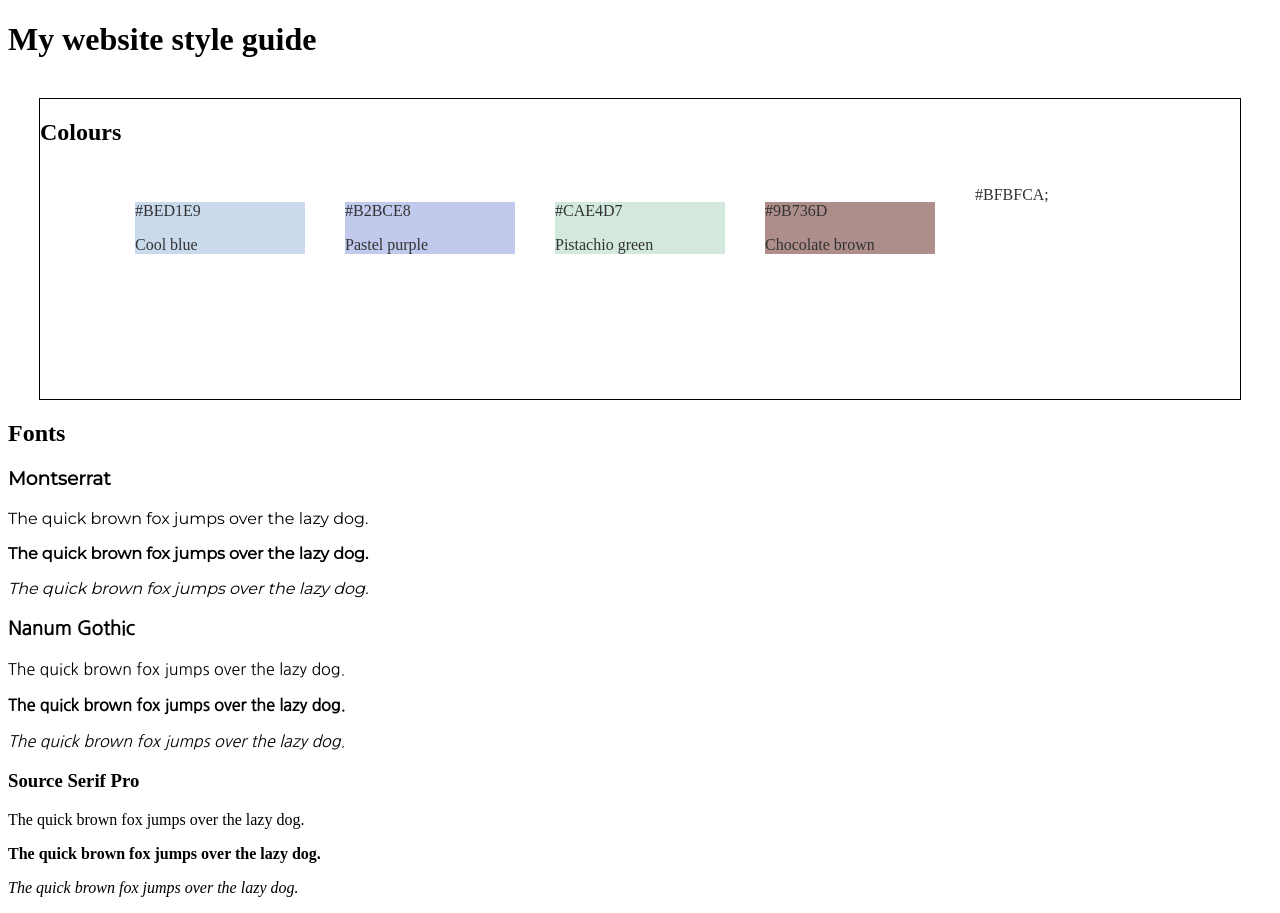
Repository: nazaninrizvi/codecademy
Page: Javascript/website-design-system/index.html
These files come from the project's save history. The page is drawn as it stood at one moment and after a run of saves; the edit follows.
The browser window is 1280 px wide. The pictures show the whole page.
Some web fonts or font styles are not loaded; a fallback is used.

Above is the page before, as saved 2021-11-26 17:16:56.

After the next 3 saves:
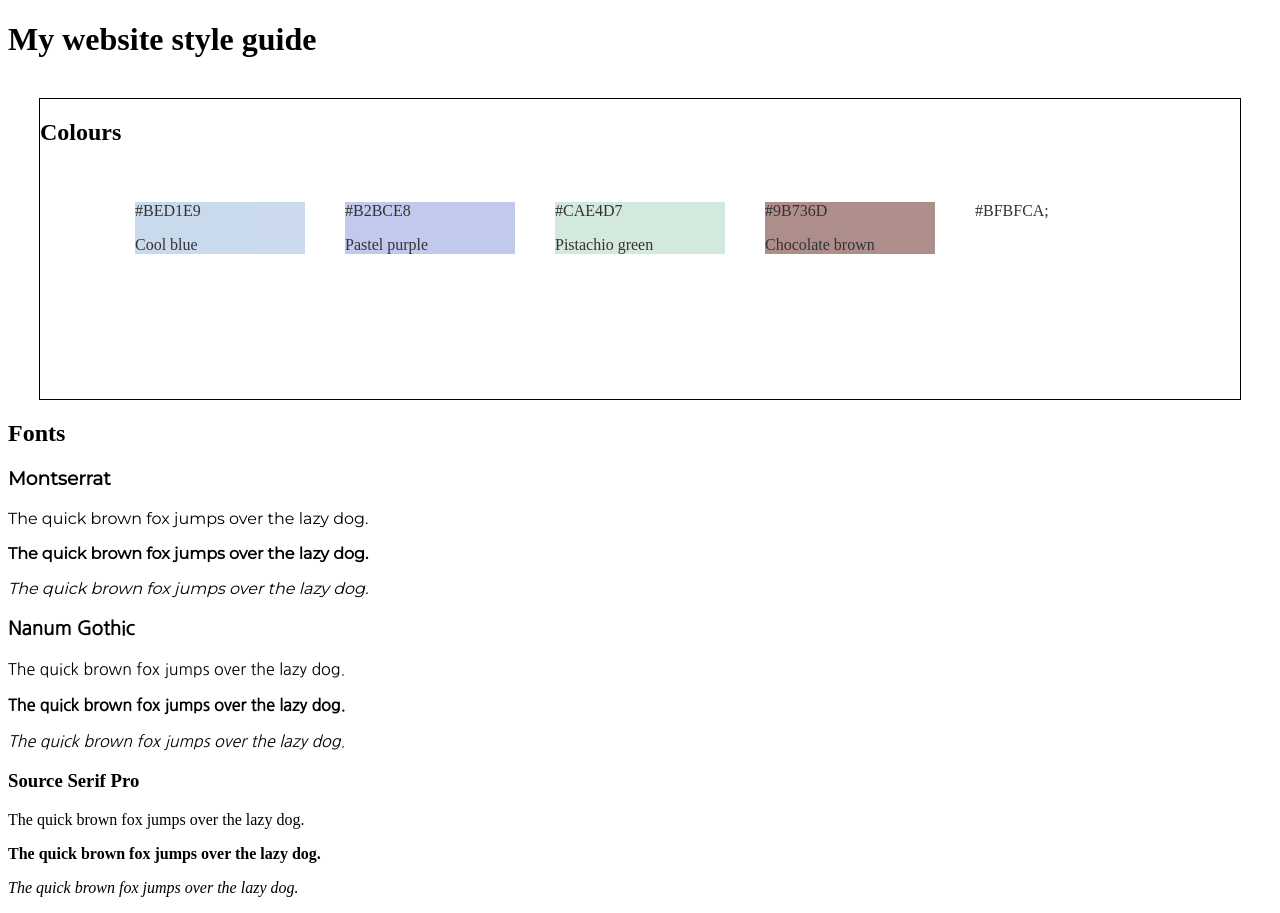
The 3 saves are shown as one change because they came seconds apart.
The last was saved 8 s later.
--- a/Javascript/website-design-system/index.html
+++ b/Javascript/website-design-system/index.html
@@ -33,7 +33,8 @@
                     </div></div>
 
                     <div class="cols"><div id="ink-blue">
-                        #BFBFCA;
+                        <p>#BFBFCA;</p>
+
                     </div></div>
                 </div>
             </div>
